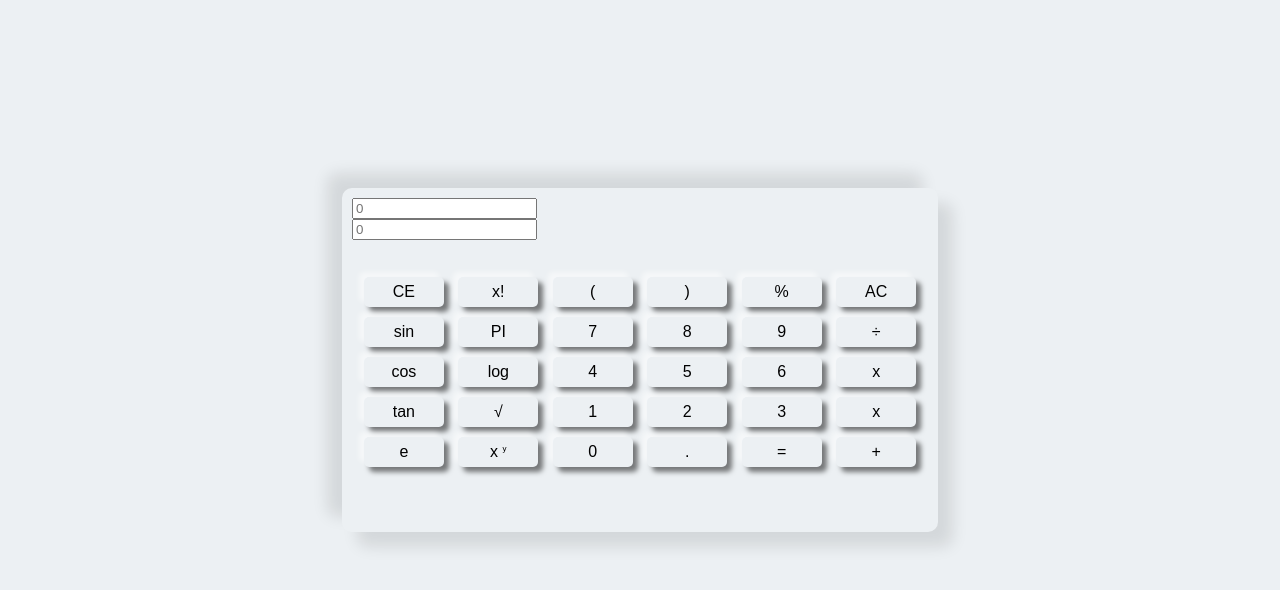
Repository: Haakim19/Scientific-Calculator
Page: intex.html
These files come from the project's save history. The page is drawn as it stood at one moment and after the next save; the edit follows.
The browser window is 1280 px wide. The pictures show the whole page.

Above is the page before, as saved 2024-10-27 12:16:29.

After the next save:
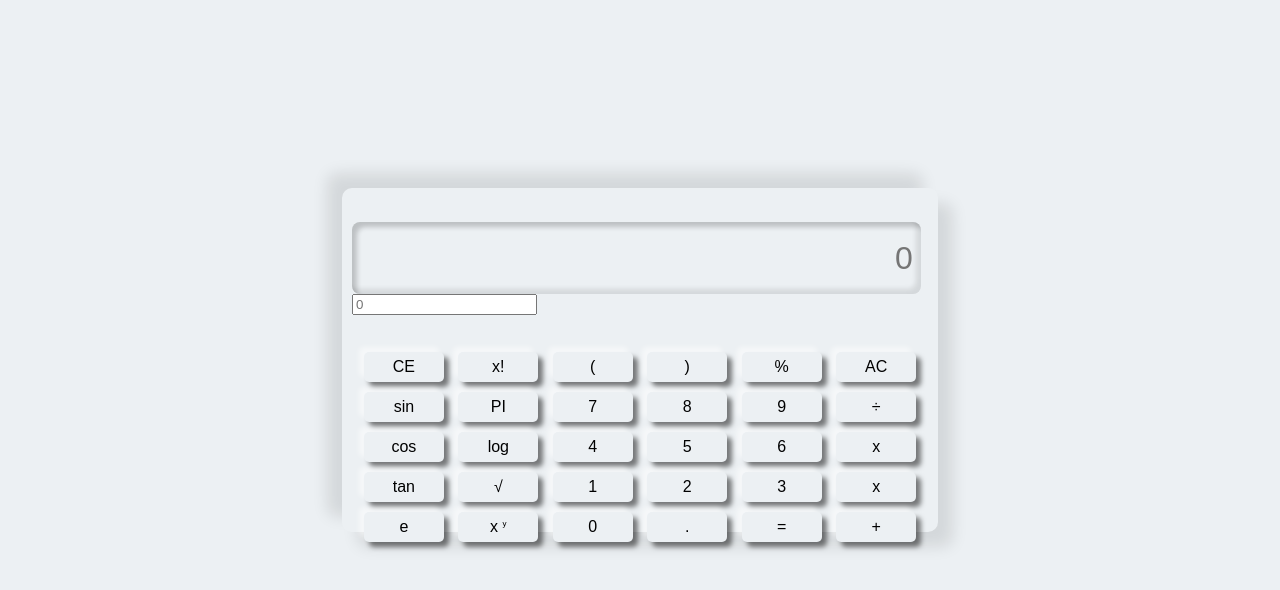
Saved 10 s later.
--- a/Style.css
+++ b/Style.css
@@ -18,7 +18,7 @@ body{
     box-shadow: 15px 15px 15px rgba(0, 0, 0, 0.1),
                 -15px -15px 15px rgba(0, 0, 0, 0.1);
 }
-.display #screen{
+.display1 #screen{
     width: 97%;
     height: 70px;
     border: none;
